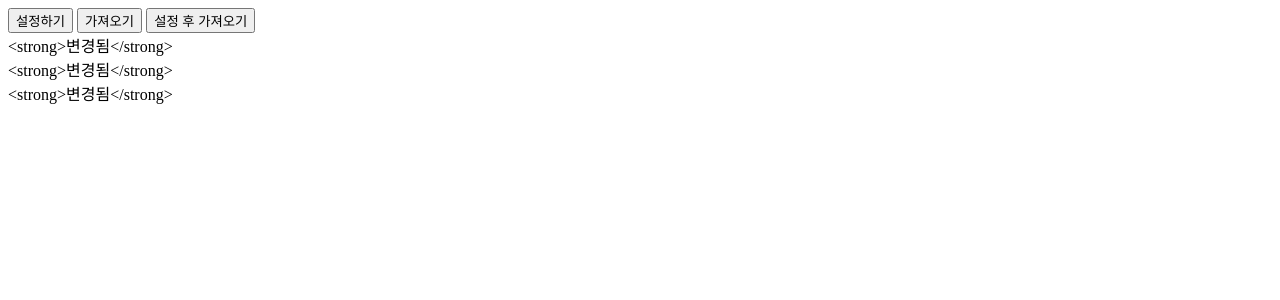
Repository: shouvoo/bitAcademy
Page: work/jsp/06_javascript/WebContent/07_library/test02.html
These files come from the project's save history. The page is drawn as it stood at one moment and after the next save; the edit follows.
The browser window is 1280 px wide. The pictures show the whole page.
After loading, the first visible `#btn1` was clicked once.

Above is the page before, as saved 2017-11-14 02:07:21.

After the next save:
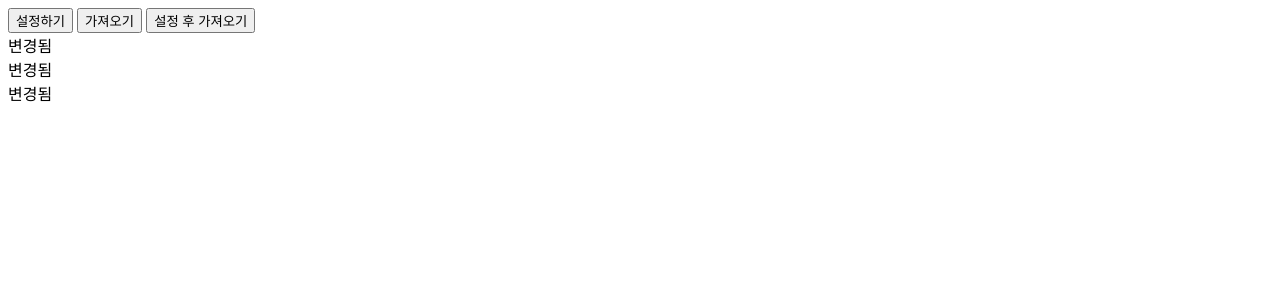
Saved 116 s later.
--- a/work/jsp/06_javascript/WebContent/07_library/test02.html
+++ b/work/jsp/06_javascript/WebContent/07_library/test02.html
@@ -25,7 +25,7 @@
 		var btn1 = $("#btn1")[0];
 
 		btn1.addEventListener("click", function(e) {
-			$("div").text("<strong>변경됨</strong>");
+			$("div").text("변경됨");
 		});
 
 		var btn2 = $("button:nth-child(2)")[0];
